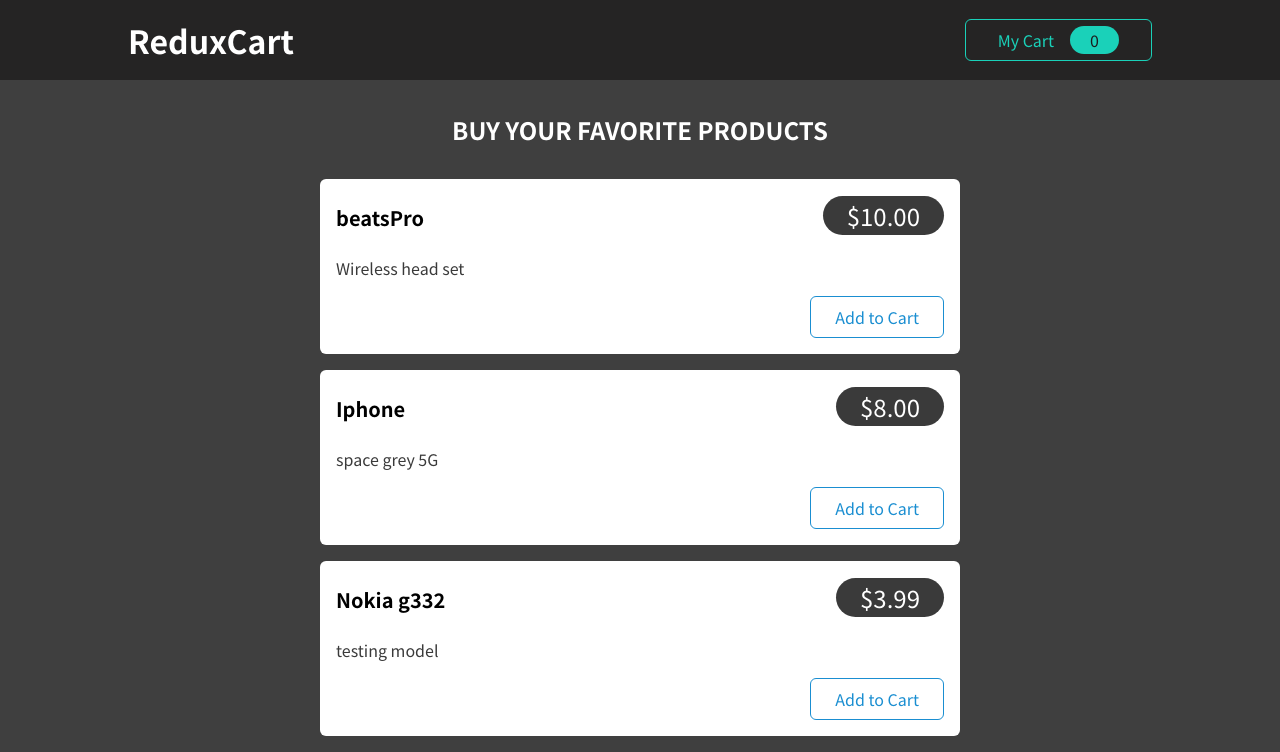
Repository: NamalPathirana/Redux-two-async
Page: /
These files come from the project's save history. The page is drawn as it stood at one moment and after a run of saves; the edit follows.
The browser window is 1280 px wide. The pictures show the whole page.
The page's requests for data from a server got no answer. The project was rebuilt for these pictures with package versions that can differ from the ones it lists, and the page was loaded fresh each time. No one was signed in, and anything a server would have sent is missing. Also part of the build but not shown: src/components/Cart/Cart.module.css, src/components/Cart/CartItem.module.css, src/components/Cart/CartItem.js, src/components/Cart/Cart.js, src/components/UI/Notification.module.css.

Above is the page before, as saved 2022-04-14 22:01:13.

After the next 2 saves:
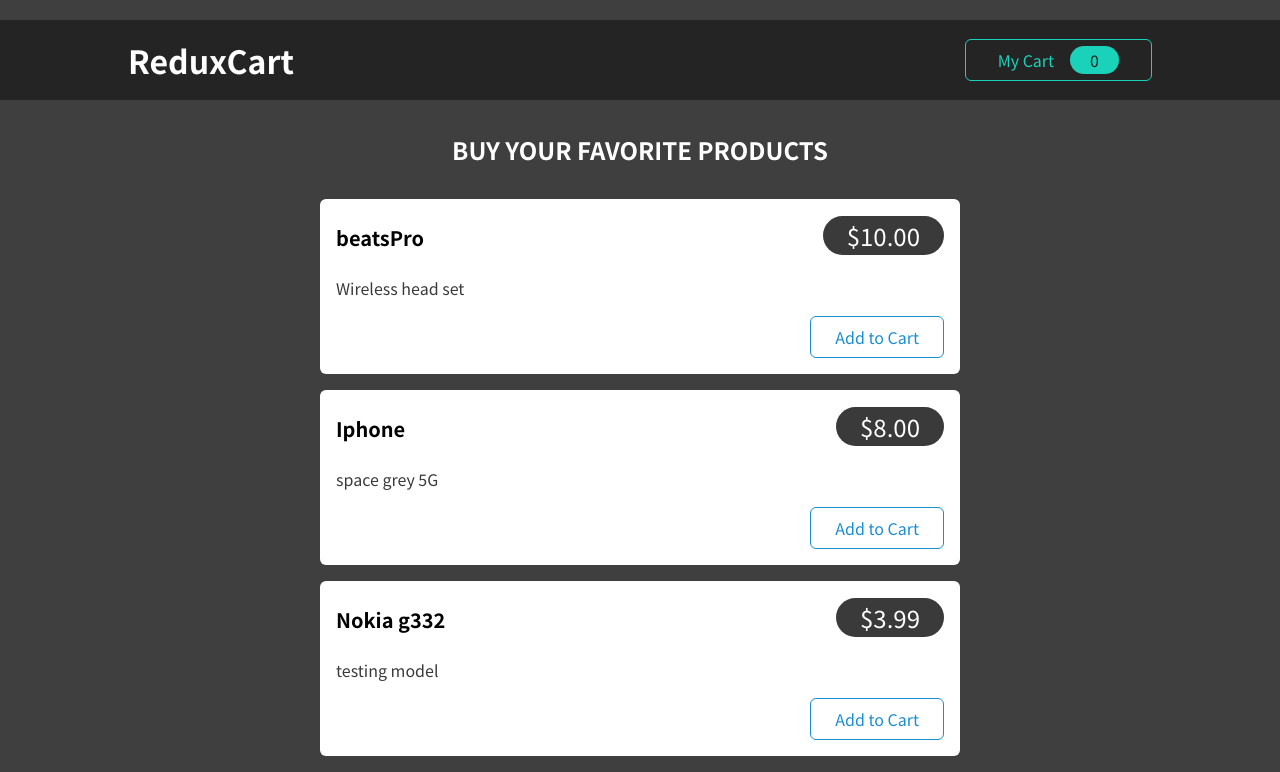
The 2 saves are shown as one change because they came seconds apart.
The last was saved 4 min 49 s later.
--- a/src/App.js
+++ b/src/App.js
@@ -24,10 +24,11 @@ function App() {
 
   return (
     <Fragment>
-    <Layout>
-      {isVisible && <Cart />}
-      <Products />
-    </Layout>
+      <Notification></Notification>
+      <Layout>
+        {isVisible && <Cart />}
+        <Products />
+      </Layout>
     </Fragment>
   );
 }
